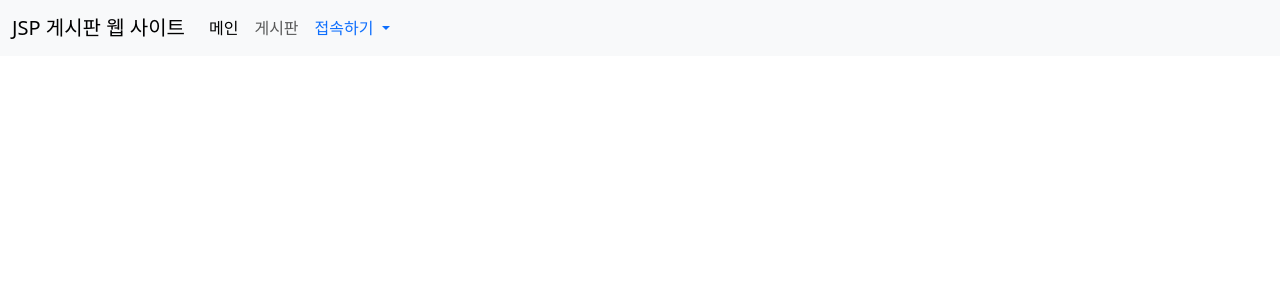
Repository: jeongjimin0/Jeongjimin
Page: http://localhost/WebTest/login.jsp
The author's editor kept a copy of each file at every save. The page is drawn from the files as they stood at one save, then again after the next save.
The browser window is 1280 px wide. The pictures show the whole page.
The page is served by Tomcat 9. Other server files are loaded and not shown.

Above is the page before, as saved 2023-02-27 14:15:00.

### projects/WebTest/src/main/webapp/login.jsp
<%@ page language="java" contentType="text/html; charset=UTF-8"
    pageEncoding="UTF-8"%>
<!DOCTYPE html>
<html>
<head>
<meta charset="UTF-8">
<meta name="viewport" content="width=device-width", initial-scale="1">
<link rel="stylesheet" href="css/bootstrap.css">
<title>JSP 게시판 웹 사이트</title>
</head>
<body>
<nav class="navbar navbar-expand-lg bg-body-tertiary">
  <div class="container-fluid">
    <a class="navbar-brand">JSP 게시판 웹 사이트</a>
    <div class="collapse navbar-collapse" id="navbarSupportedContent">
      <ul class="navbar-nav me-auto mb-2 mb-lg-0">
        <li class="nav-item">
          <a class="nav-link active" aria-current="page" href="#">메인</a>
        </li>
        <li class="nav-item">
          <a class="nav-link" href="#">게시판</a>
        </li>

        <ul class="nav justify-content-end">
        <li class="dropdown">
          <a class="nav-link dropdown-toggle" href="#" role="button" data-bs-toggle="dropdown" aria-expanded="false">
            접속하기
          </a>
          <ul class="dropdown-menu">
            <li><a class="dropdown-item" href="login.jsp">로그인</a></li>
            <li><a class="dropdown-item" href="join.jsp">회원가입</a></li>
          </ul>
        </li>
      </ul>






    </div>
    </div>
</nav>

<script src="https://cdn.jsdelivr.net/npm/bootstrap@5.3.0-alpha1/dist/js/bootstrap.bundle.min.js" integrity="sha384-w76AqPfDkMBDXo30jS1Sgez6pr3x5MlQ1ZAGC+nuZB+EYdgRZgiwxhTBTkF7CXvN" crossorigin="anonymous"></script>
</body>
</html>

Loaded but not shown: projects/WebTest/src/main/webapp/css/bootstrap.css (library)

After the next save:
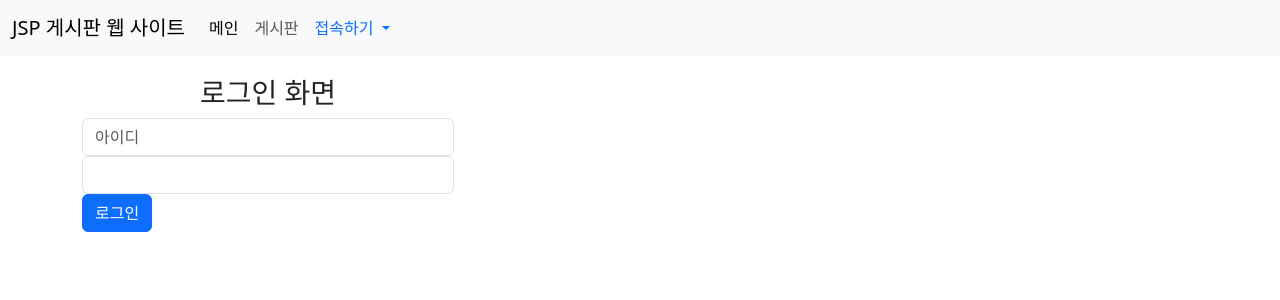
Saved 5 min 53 s later.
--- a/projects/WebTest/src/main/webapp/login.jsp
+++ b/projects/WebTest/src/main/webapp/login.jsp
@@ -32,15 +32,27 @@
           </ul>
         </li>
       </ul>
-
-
-
-
-
-
     </div>
     </div>
 </nav>
+<div class="container">
+	<div class="col-lg-4"></div>
+	<div class="col-lg-4">
+		<div class="jumbotron" style="padding-top: 20px;">
+			<form method="post" action="loginAction.jsp">
+				<h3 style="text-align: center;">로그인 화면</h3>
+				<div class="form-group">
+					<input type="text" class="form-control" placeholder="아이디" name="userID" maxlenth="20">
+				</div>
+				<div class="form-group">
+					<input type="password" class="form-control" plachholder="비밀번호" name="userPW" maxlenth="20">
+				</div>
+				<input type="submit" class="btn btn-primary from-control" value="로그인">
+				</form>
+				</div>
+				</div>
+	<div class="col-lg-4"></div>
+</div>
 
 <script src="https://cdn.jsdelivr.net/npm/bootstrap@5.3.0-alpha1/dist/js/bootstrap.bundle.min.js" integrity="sha384-w76AqPfDkMBDXo30jS1Sgez6pr3x5MlQ1ZAGC+nuZB+EYdgRZgiwxhTBTkF7CXvN" crossorigin="anonymous"></script>
 </body>
